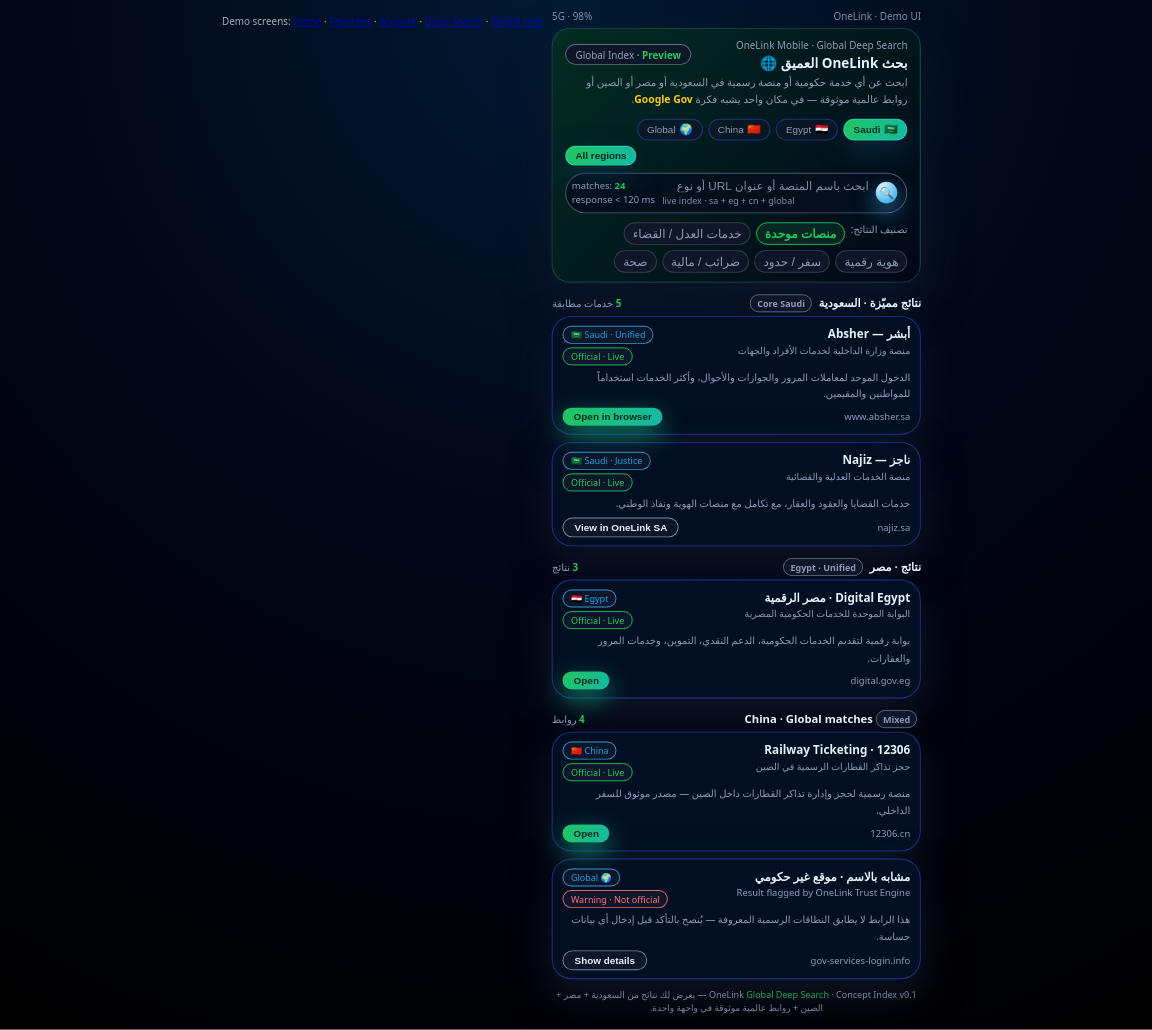
Repository: seesafar/GovLinksApp
Page: docs/app-ui/app-deep-search.html
The author's editor kept a copy of each file at every save. The page is drawn from the files as they stood at one save, then again after a run of saves.
The browser window is 1280 px wide. The pictures show the whole page, at 90% of full size.

Above is the page before, as saved 2025-11-30 21:56:36.

After the next 2 saves:
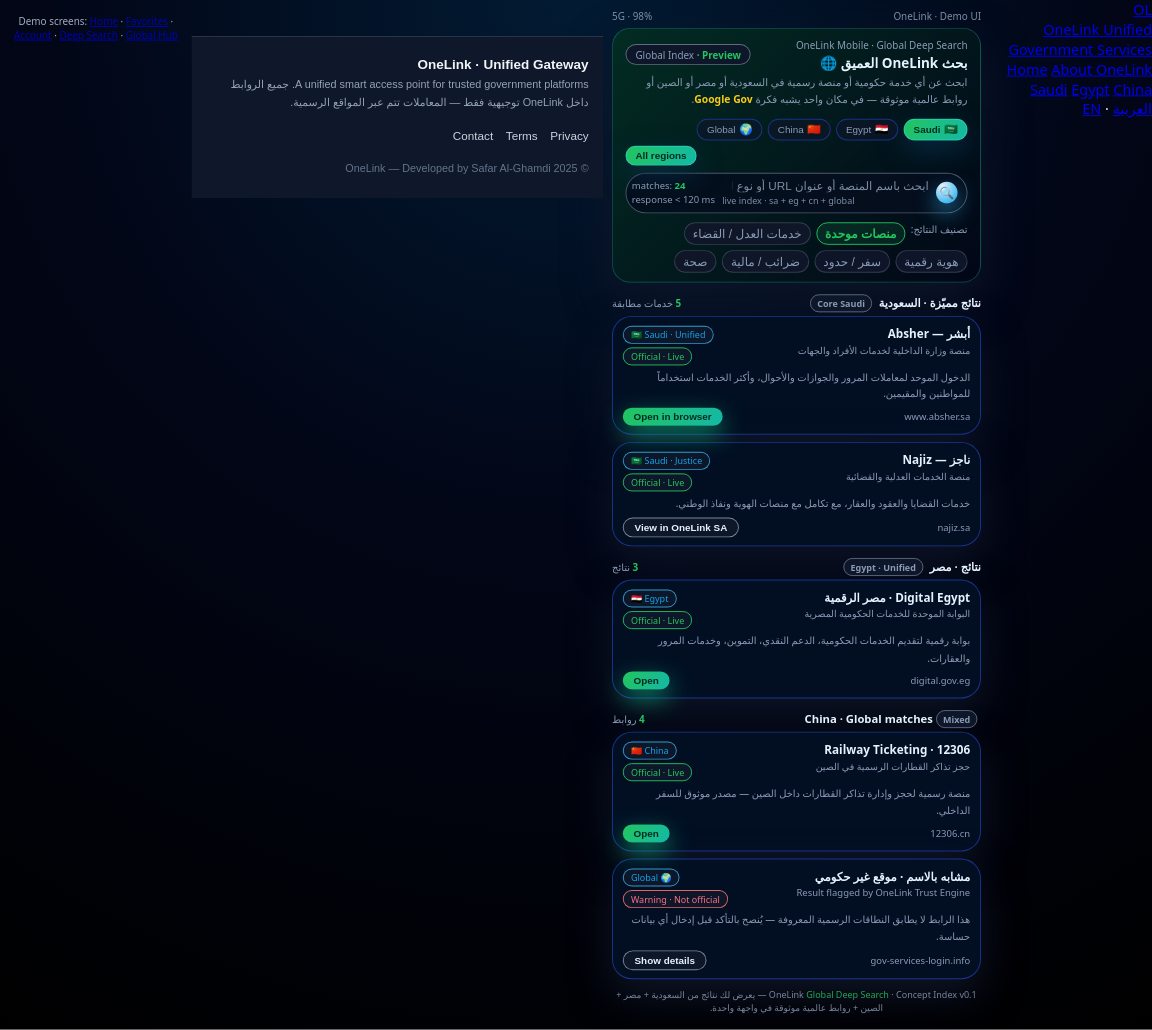
The 2 saves are shown as one change because they came seconds apart.
The last was saved 6 s later.
--- a/docs/app-ui/app-deep-search.html
+++ b/docs/app-ui/app-deep-search.html
@@ -627,7 +627,9 @@
     </div>
   </div>
     <div data-include="../core/layout/footer.html"></div>
-
+    <script src="../core/js/include.js"></script>
+</body>
+</html>
 </body>
 </html>
 <div style="text-align:center; margin: 16px 0; font-size: 11px; opacity: .7;">
